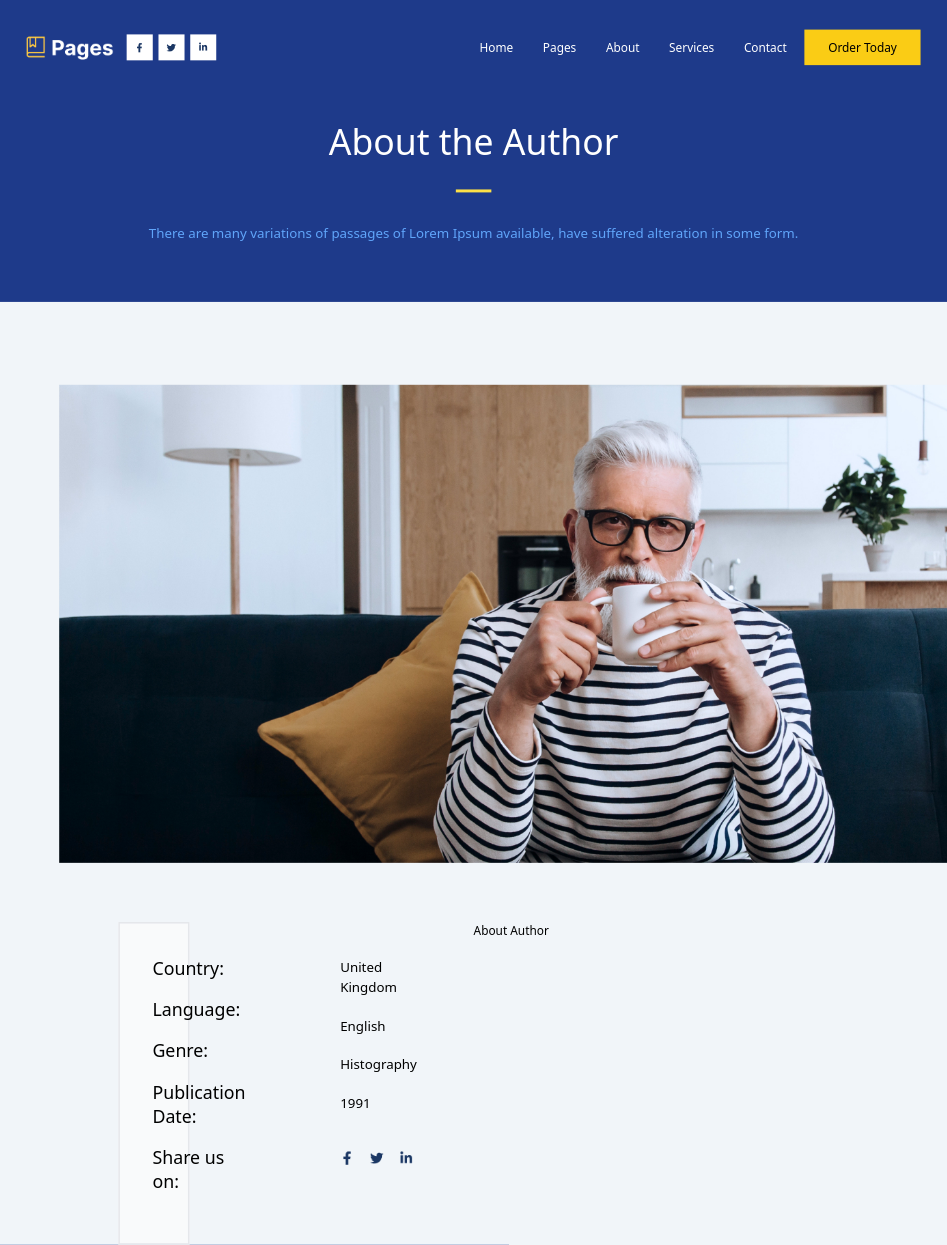
Repository: Godnorg/Class3
Page: index.html
An editor plug-in stored every save of this project. The page is shown before and after the next save, followed by the edit.
The browser window is 1280 px wide. The pictures show the whole page, at 74% of full size.
Some web libraries are served in a nearby version.

Above is the page before, as saved 2023-02-20 02:12:36.

### index.html
<!DOCTYPE html>
<html lang="en">
<head>
    <meta charset="UTF-8">
    <meta http-equiv="X-UA-Compatible" content="IE=edge">
    <meta name="viewport" content="width=device-width, initial-scale=1.0">
    <title>Class3</title>
    <script src="https://cdn.tailwindcss.com"></script>
</head>
<body class="w-full bg-blue-900">
<div class="flex items-center justify-between w-full pt-10 mx-auto px-9 max-w-7xl">
    <div class="flex gap-4 ">
    <img src="./Logo.png">
    <img src="./soc-icons.png" class="h-9">
    </div>
    <div class="flex gap-6">
        <ul class="flex items-center gap-10 text-white">
            <li><a href="#">Home</a></li>
            <li><a href="#">Pages</a></li>
            <li><a href="#">About</a></li>
            <li><a href="#">Services</a></li>
            <li><a href="#">Contact</a></li>
        </ul>
        <button class="px-8 py-3 mx-auto bg-yellow-400 font-sans-serif">Order Today</button>
    </div>
    </div>
    <div class="items-center mx-auto">
    <h1 class="items-center pt-20 pb-10 text-5xl text-center text-white">About the Author</h1>
        <div
            class="items-center w-12 h-1 mx-auto text-center bg-yellow-300">
        </div>
        <p class="items-center pt-10 pb-20 mx-auto text-lg text-center text-blue-400">There are many variations of passages of Lorem Ipsum available, have suffered alteration in some form.</p>
    </div>

    <div class= "bg-slate-100">
        <div class="relative w-full pb-20 pl-20 mx-auto pt-28 max-w-7xl">
        <img src="./oldman2.jpg">
        </div>
    <div class="grid grid-cols-2">
        <div class="max-w-xl ml-40 mr-96 bg-gray-50">
            <div class="flex mt-0 border-2 pt-11 px-11 pb-11">
                <div class="pr-32">
                <h2 class="pb-6 text-2xl">Country:</h2>
                <h2 class="pb-6 text-2xl">Language:</h2>
                <h2 class="pb-6 text-2xl">Genre:</h2>
                <h2 class="pb-6 text-2xl">Publication Date:</h2>
                <h2 class="pb-6 text-2xl">Share us on:</h2>
                </div>
                <div class="p-0">
                <p class="pb-6 pr-0 text-lg">United Kingdom</p>
                <p class="pb-6 pr-0 text-lg">English</p>
                <p class="pb-6 pr-0 text-lg">Histography</p>
                <p class="pb-6 pr-0 text-lg">1991</p>
                <img src="./socialmedia.png" class="pb-6 pr-0 pt-7">
                </div>
            </div>
        </div>
          <h1>About Author</h1>
          <div>
            <class="items-center w-12 h-1 mx-auto text-center bg-yellow-300">
        </div>
    </div>
</div>

</body>
</html>

After the next save:
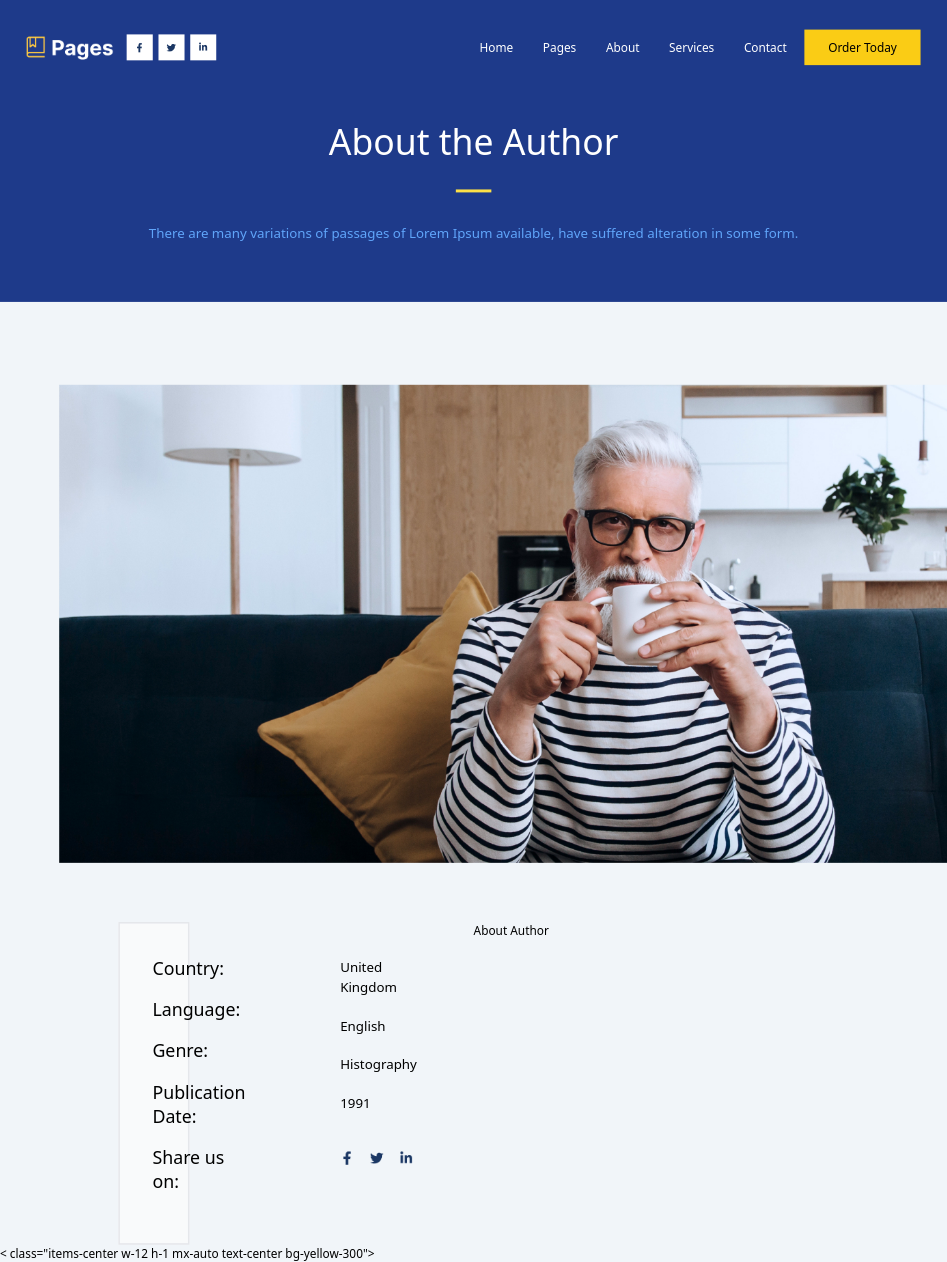
Saved 7 s later.
--- a/index.html
+++ b/index.html
@@ -57,7 +57,7 @@
         </div>
           <h1>About Author</h1>
           <div>
-            <class="items-center w-12 h-1 mx-auto text-center bg-yellow-300">
+            < class="items-center w-12 h-1 mx-auto text-center bg-yellow-300">
         </div>
     </div>
 </div>
